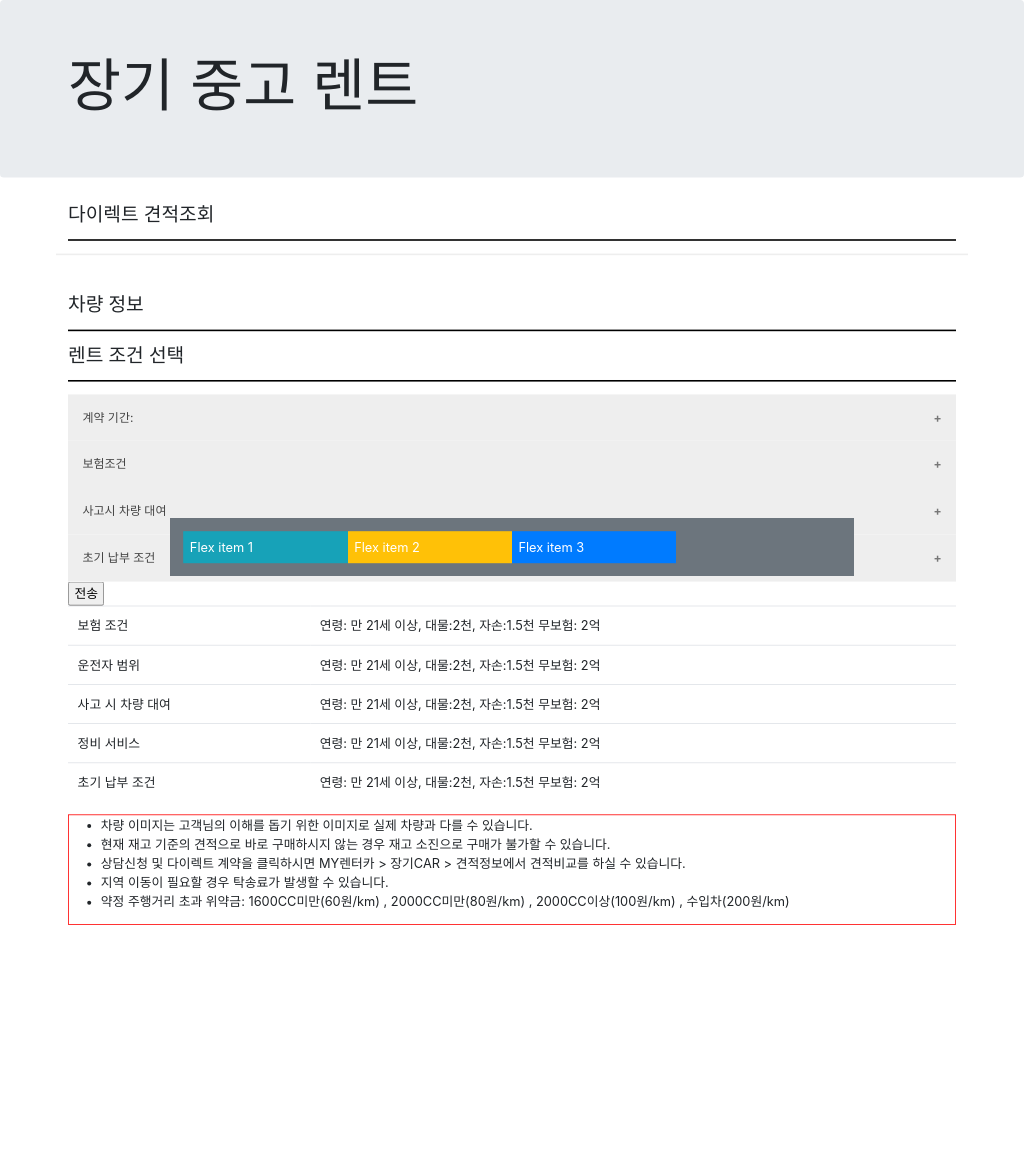
Repository: hyebinkim00/Project
Page: http://localhost/jsp/long_lent_oldcar/carLent.jsp
These files come from the project's save history. The page is drawn as it stood at one moment and after the next save; the edit follows.
The browser window is 1280 px wide. The page is 1280 px wide, then 1295 px, so the pictures cover 1295 px, including what lies to the right of the window. The pictures show the whole page, at 80% of full size.
The page is served by Tomcat 9. Other server files are loaded and not shown. Queries for data that is not in the repository find no rows.

Above is the page before, as saved 2020-09-16 06:47:14.

### jsp/WebContent/long_lent_oldcar/carLent.jsp
<%@page import="java.net.URLDecoder"%>
<%@page language="java" contentType="text/html; charset=UTF-8" pageEncoding="UTF-8"%>
<%@taglib prefix="c" uri="http://java.sun.com/jsp/jstl/core" %>
<%@taglib prefix="sql" uri="http://java.sun.com/jsp/jstl/sql"  %>
<% request.setCharacterEncoding("utf-8");
//URLEncoder.encode

String carname=request.getParameter("carname");
/* String carname = new String(request.getParameter("carname").getBytes("8859_1"), "EUC-KR"); */

%>

<!DOCTYPE html>
<html>
<head>
<meta name="viewport" content="width=device-width, initial-scale=1">
<style>
.accordion {
  background-color: #eee;
  color: #444;
  cursor: pointer;
  padding: 18px;
  width: 100%;
  border: none;
  text-align: left;
  outline: none;
  font-size: 15px;
  transition: 0.4s;
}

.active, .accordion:hover {
  background-color: #ccc;
}

.accordion:after {
  content: '\002B';
  color: #777;
  font-weight: bold;
  float: right;
  margin-left: 5px;
}

.active:after {
  content: "\2212";
}

.panel {
  padding: 0 18px;
  background-color: white;
  max-height: 0;
  overflow: hidden;
  transition: max-height 0.2s ease-out;
}

div.f{
border: 1px solid red;}
</style>
 <link rel="stylesheet" href="https://maxcdn.bootstrapcdn.com/bootstrap/4.5.2/css/bootstrap.min.css">
<meta charset="UTF-8" />
<title>장기 중고 상세</title>
<script src="https://code.jquery.com/jquery-3.5.1.min.js"></script>
<script src="https://ajax.googleapis.com/ajax/libs/jquery/3.5.1/jquery.min.js"></script>
</head>  <script src="https://maxcdn.bootstrapcdn.com/bootstrap/4.5.2/js/bootstrap.min.js"></script>
<body>
<script type="text/javascript">

		function checkTest1() {

			let testValue = document.getElementById("cntrTermMm1").value;

			document.getElementById("result1").innerHTML = testValue;

		}
</script>

<script type="text/javascript">

		function checkTest2() {

			let testValue = document.getElementById("cntrTermMm2").value;

			document.getElementById("result2").innerHTML = testValue;

		}
</script>

<script type="text/javascript">

		function checkTest4() {
			let testValue = document.getElementById("cntrTermMm4").value;

			let a = document.getElementById("price").value;

			alert(a)
			;
			let d= a-(a* testValue);

			alert(d);

			document.getElementById("mprice").value = d;

			document.getElementById("result4").innerHTML=d;
			let o=document.getElementById("mprice").value;

			alert(o);

		}
</script>




	<div class="jumbotron">
		<div class="container">
			<h1 class="display-3">장기 중고 렌트</h1>
		</div>
	</div>

<div class="container">
<h4>다이렉트 견적조회</h4>
<hr style="border: solid 1px black " />

	<div class="row" style="border: 1px solid #eeeeee">
		<sql:setDataSource var="dataSource"
			url="jdbc:oracle:thin:@localhost:1521:XE"
			driver="oracle.jdbc.driver.OracleDriver"
			user="hr" password="hr"/>
			<sql:query var="resultSet" dataSource="${dataSource}">
			select * from member where id=?
			 <sql:param value="${param.carname}"/>
			</sql:query>
			<c:forEach var="row" items="${resultSet.rows}">
			<div class="col-md-5" style="border-spacing: 5px;">

				<img src="../resources/images/${row.carname}.jpg" style="width: 100%;">
			</div>
			<div class="col-md-1">

			</div>
			<div class="col-md-6">
				<br><br>


				<h3>
				<c:out value="${row.carname}"/>
				</h3>

				<hr>
				<table>
					<tr>
						<td colspan="2"><span><strong>모델명</strong></span></td>
						<td><c:out value="${row.carname}"/></td>
					</tr>
					<tr>
						<td colspan="2"><span><strong>소비자 가</strong></span>  &nbsp; &nbsp; &nbsp;</td>
						<td><c:out value="${row.carprice}"/></td>
					</tr>
					<tr>
						<td colspan="2"><span><strong>계약 기간</strong></span></td>
						<td>최대<c:out value="${row.lent}"/>개월</td>
					</tr>
				</table>
				<hr>
				<p>
					표준렌탈료 &nbsp; &nbsp; &nbsp; <font size="5" color="red"> <c:out value="${row.monthprice }" /></font>원
				</p>

			</div>
			<c:set var="lentt" value="${row.lent}"/>

			</c:forEach>
		</div>



		<div>
		<br><br>
			<h4>차량 정보</h4>
			<hr style="border: solid 1px black " />
			<div>
			<sql:query var="resultSet" dataSource="${dataSource}">
			select * from member where id=?
			 <sql:param value="${param.carname}"/>
			</sql:query>
			<c:forEach var="row" items="${resultSet.rows}">
				<table class="table" id="table">
					<tr>
						<th class="bg-light text-dark">제조사</th>
						<td><c:out value="${row.facname}"></c:out></td>
						<th class="bg-light text-dark">차량번호</th>
						<td><c:out value="${row.id}"></c:out></td>
					</tr>
					<tr>
						<th class="bg-light text-dark">차종</th>
						<td><c:out value="${row.carnum}"></c:out></td>
						<th class="bg-light text-dark">최초 등록일</th>
						<td>2017-10-18</td>
					</tr>
					<tr>
						<th class="bg-light text-dark">모델명</th>
						<td colspan="3"><c:out value="${row.carname}"></c:out></td>
					</tr>
					<tr>
						<th class="bg-light text-dark">제조사차량옵션</th>
						<td colspan="3">4단자동변속기</td>
					</tr>
					<tr>
						<th class="bg-light text-dark" >제조사차량옵션2</th>
						<td colspan="3">-</td>
					</tr>
					<tr>
						<th class="bg-light text-dark">연료</th>
						<td><c:out value="${row.fuel}"/></td>
						<th class="bg-light text-dark">지점</th>
						<td><c:out value="${row.lentoffice}"/></td>
					</tr>

				</table>
				<c:set var="car_price" value="${row.monthprice }"> </c:set>
				<c:set var="car_name" value="${row.carname }"> </c:set>
				<c:set var="lent_office" value="${row.lentoffice }"> </c:set>
				</c:forEach>
			</div>


		</div>

<div>
<h4> 렌트 조건 선택 </h4>
<hr style="border: solid 1px black " />


<form method="post" action="shortTerm_payment_completed.jsp" >

<input type="hidden" id="car" name="car" value="${param.carname}">
<input type="hidden" id="carn" name="carn" value="${car_name}">
<input type="hidden" id="carof" name="carof" value="${lent_office}">

<button type="button" class="accordion">계약 기간: &nbsp;&nbsp;&nbsp;<span id="result1"></span></button>
<div class="panel"><span>차량 운행할수 있는 총 대여기간: &nbsp; &nbsp; &nbsp; &nbsp;</span>
<select name="cntrTermMm1" id="cntrTermMm1" class="option01" onchange="checkTest1()" >
<c:forEach var="i" begin="1" end="${lentt}">
<option value="<c:out value="${i}"/>개월"><c:out value="${i}"/>개월</option>	</c:forEach>

</select>
</div>

<button type="button" class="accordion">보험조건  <span id="result2"></span></button>
<div class="panel"><span>계약기간 총 주행거리 초과 시 위약금 발생   </span>
<select  name="cntrTermMm2" id="cntrTermMm2"  class="option02" onchange="checkTest2()" >
<option value="월 2천 Km이하">월 2천 Km이하</option>
<option value="월 3천 Km이하">월 3천 Km이하</option>
<option value="월 4천 Km이하">월 4천 Km이하</option>
</select>
</div>

<button type="button" class="accordion">사고시 차량 대여  <span id="result3"></span></button>
<div class="panel"><span>사고 시 차량 대여 서비스  </span>
<select  name="cntrTermMm3" id="cntrTermMm3"  class="option03"  >
<option value="yes">포함</option>
<option value="no">불 포함</option>
</select>
</div>

<button type="button" class="accordion">초기 납부 조건  <span id="result4"></span></button>
<div class="panel"><span>할인 조건  </span>
<select  name="cntrTermMm4" id="cntrTermMm4"  class="option04" onchange="checkTest4()" >

<option value="0.05">5% 할인</option>
<option value="0.1">10%할인</option>

</select>
<input type="hidden" id="price" name="price" value="${car_price}">
<input type="hidden" id="mprice" name="mprice">
</div>


<input type="submit" value="전송">
</form>
<c:remove var="car_price"/>
<c:remove var="lentt"/>
<c:remove var="car_name"/>
<c:remove var="lent_office"/>

</div>




<table class="table talbe-hover">
<tr><td>보험 조건</td><td>연령: 만 21세 이상, 대물:2천, 자손:1.5천 무보험: 2억</td></tr>
<tr><td>운전자 범위</td><td>연령: 만 21세 이상, 대물:2천, 자손:1.5천 무보험: 2억</td></tr>
<tr><td>사고 시 차량 대여</td><td>연령: 만 21세 이상, 대물:2천, 자손:1.5천 무보험: 2억</td></tr>
<tr><td>정비 서비스</td><td>연령: 만 21세 이상, 대물:2천, 자손:1.5천 무보험: 2억</td></tr>
<tr><td>초기 납부 조건</td><td>연령: 만 21세 이상, 대물:2천, 자손:1.5천 무보험: 2억</td></tr>
</table>

<div class="f">
<ul>
<li>차량 이미지는 고객님의 이해를 돕기 위한 이미지로 실제 차량과 다를 수 있습니다.</li>
<li>현재 재고 기준의 견적으로 바로 구매하시지 않는 경우 재고 소진으로 구매가 불가할 수 있습니다.</li>
<li>상담신청 및 다이렉트 계약을 클릭하시면 <span class="cl-point2">MY렌터카 &gt; 장기CAR &gt; 견적정보</span>에서 견적비교를 하실 수 있습니다.</li>
<li>지역 이동이 필요할 경우 탁송료가 발생할 수 있습니다.</li>
<li>약정 주행거리 초과 위약금: 1600CC미만(60원/km) , 2000CC미만(80원/km) , 2000CC이상(100원/km) , 수입차(200원/km)</li>
</ul>

</div>




</div>



 <br><br><br><br><br><br><br><br><br><br><br><br>
<div class="container col-sm-8 fixed-bottom ">

  <div class="row d-flex p-3 bg-secondary text-white ">
    <div class="col-sm-3 p-2 bg-info">Flex item 1</div>
    <div class="col-sm-3 p-2 bg-warning">Flex item 2</div>
    <div class="col-sm-3 p-2 bg-primary">Flex item 3</div>
  </div>
</div>






<script>
var acc = document.getElementsByClassName("accordion");
var i;

for (i = 0; i < acc.length; i++) {
  acc[i].addEventListener("click", function() {
    this.classList.toggle("active");
    var panel = this.nextElementSibling;
    if (panel.style.maxHeight) {
      panel.style.maxHeight = null;
    } else {
      panel.style.maxHeight = panel.scrollHeight + "px";
    }
  });
}
</script>

</body>
</html>

After the next save:
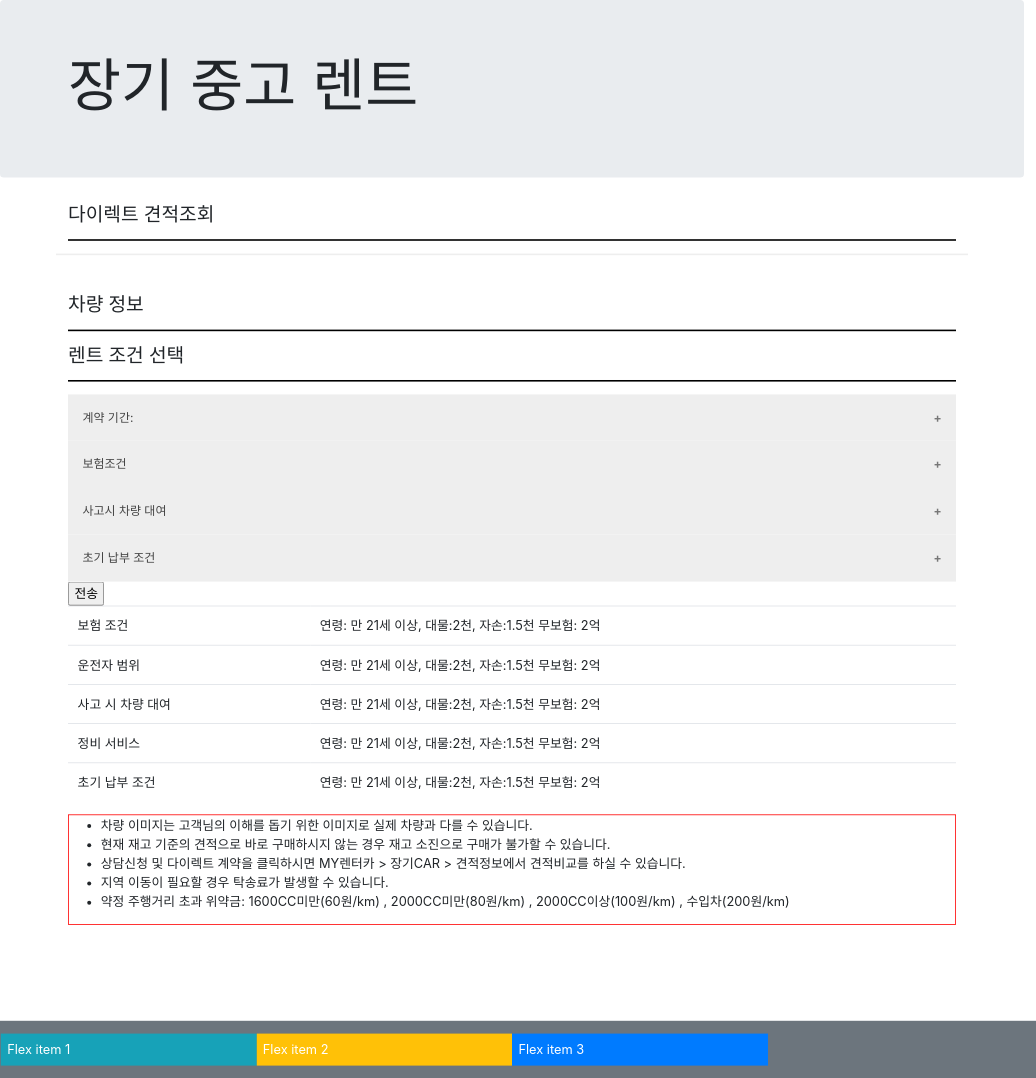
Saved 24 s later.
--- a/jsp/WebContent/long_lent_oldcar/carLent.jsp
+++ b/jsp/WebContent/long_lent_oldcar/carLent.jsp
@@ -313,7 +313,7 @@ border: 1px solid red;}
 
 
 
- <br><br><br><br><br><br><br><br><br><br><br><br>
+ <br><br><br><br><br
 <div class="container col-sm-8 fixed-bottom ">
 
   <div class="row d-flex p-3 bg-secondary text-white ">
